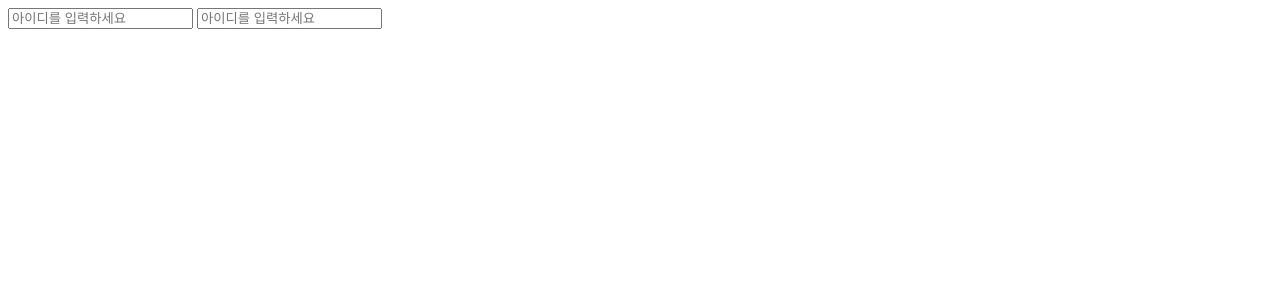
Repository: ceooyh/JSP
Page: step1/WebContent/login.html
These files come from the project's save history. The page is drawn as it stood at one moment and after a run of saves; the edit follows.
The browser window is 1280 px wide. The pictures show the whole page.

Above is the page before, as saved 2020-12-28 08:24:27.

### step1/WebContent/login.html
<!DOCTYPE html>
<html>
<head>
<meta charset="UTF-8">
<title>로그인 연습예제</title>
</head>
<body>
	<form action="login.jsp" method="get">
		<input type="text" placeholder="아이디를 입력하세요" name="id">
		<input type="password" placeholder="아이디를 입력하세요" name="id">
	</form>
</body>
</html>

After the next 3 saves:
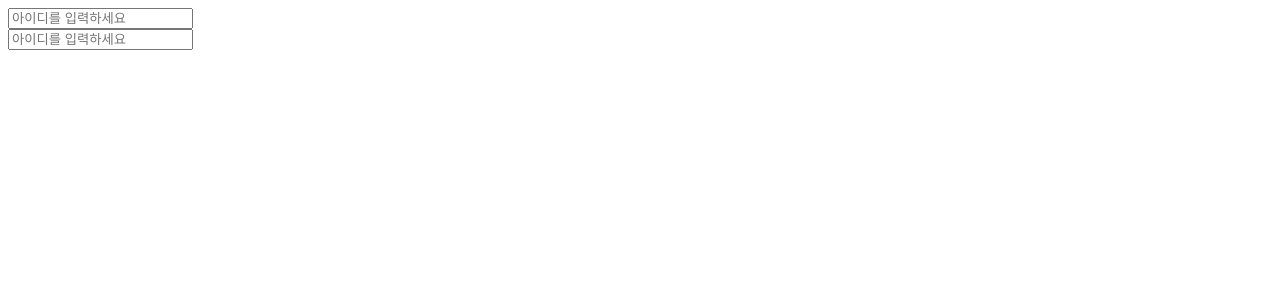
The 3 saves are shown as one change because they came seconds apart.
The last was saved 11 s later.
--- a/step1/WebContent/login.html
+++ b/step1/WebContent/login.html
@@ -6,8 +6,8 @@
 </head>
 <body>
 	<form action="login.jsp" method="get">
-		<input type="text" placeholder="아이디를 입력하세요" name="id">
-		<input type="password" placeholder="아이디를 입력하세요" name="id">
+		<input type="text" placeholder="아이디를 입력하세요" name="id"><br>
+		<input type="password" placeholder="아이디를 입력하세요" name="pass"><br>
 	</form>
 </body>
 </html>
